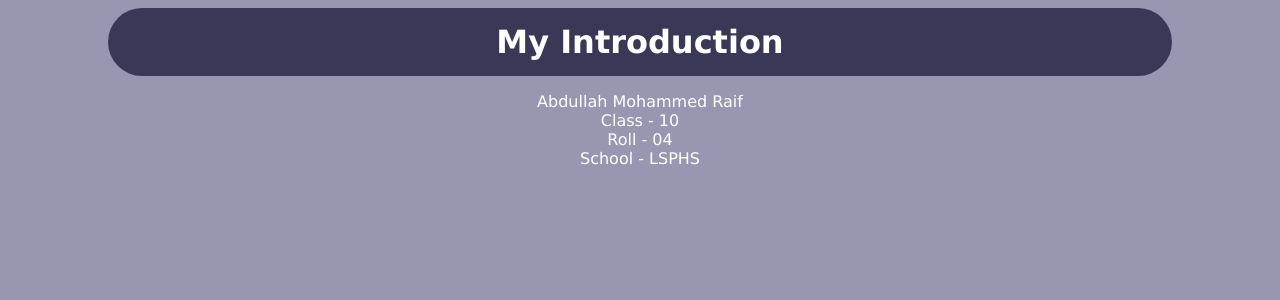
Repository: Raif-007/Portfolio
Page: index.html
These files come from the project's save history. The page is drawn as it stood at one moment and after the next save; the edit follows.
The browser window is 1280 px wide. The pictures show the whole page.

Above is the page before, as saved 2021-07-05 17:12:51.

### index.html
<!DOCTYPE html>
<html lang="en">

<head>
    <meta charset="UTF-8">
    <meta http-equiv="X-UA-Compatible" content="IE=edge">
    <meta name="viewport" content="width=device-width, initial-scale=1.0">
    <title>Portfolio</title>
    <link rel="stylesheet" href="styles.css">
</head>

<body>

    <h1>
        My Introduction
    </h1>
    <div>

        <p>
            Abdullah Mohammed Raif
            <br> Class - 10
            <br> Roll - 04
            <br> School - LSPHS

        </p>


    </div>
</body>

</html>

### styles.css
body {
    background-color: rgba(54, 54, 105, 0.514);
    color: #ffffff;
    font-family: Verdana, Geneva, Tahoma, sans-serif;
    text-align: center;
}

h1 {
    background-color: rgba(25, 25, 56, 0.74);
    padding: 15px;
    margin: 0px 100px;
    border-radius: 50px;
}

span {
    font-size: 20px;
    border: 4px solid rgba(25, 25, 56, 0.568);
}

After the next save:
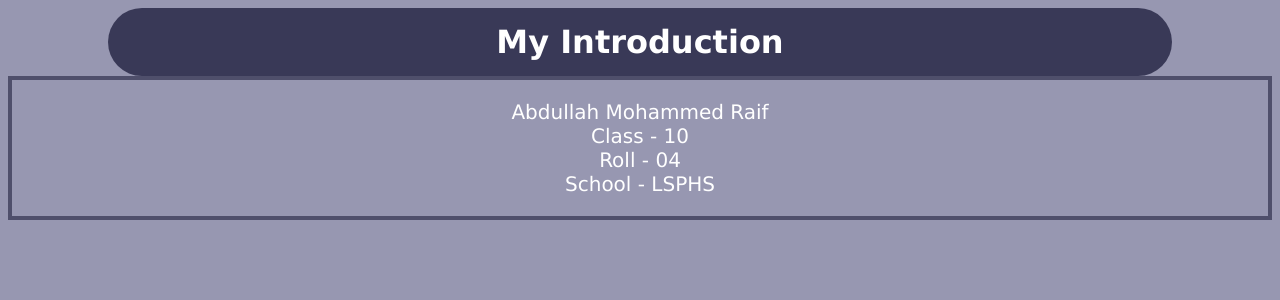
Saved 15 s later.
--- a/styles.css
+++ b/styles.css
@@ -12,7 +12,7 @@
     border-radius: 50px;
 }
 
-span {
+div {
     font-size: 20px;
     border: 4px solid rgba(25, 25, 56, 0.568);
 }
